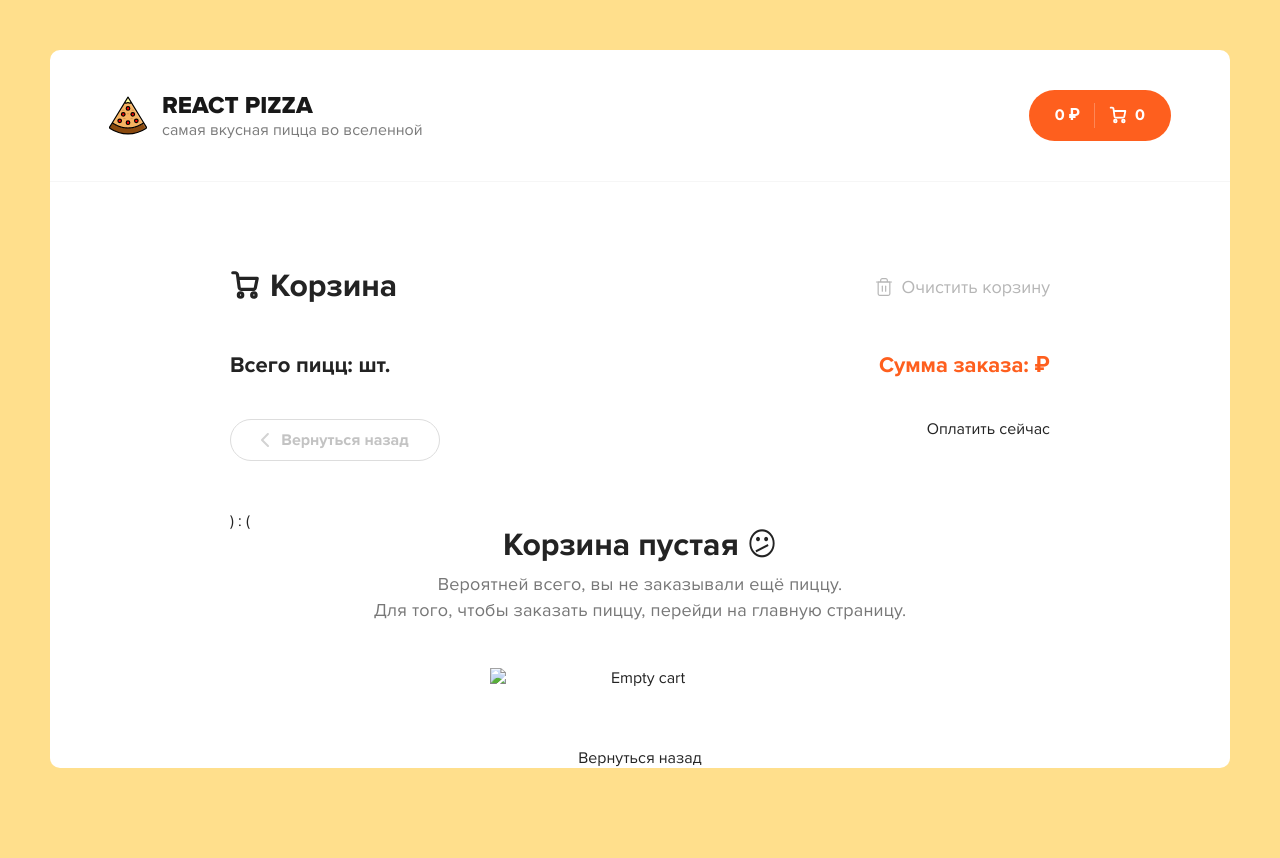
Repository: Danyil-man/online-pizzeria
Page: /cart
An editor plug-in stored every save of this project. The page is shown before and after the next save, followed by the edit.
The browser window is 1280 px wide. The pictures show the whole page.
The project was rebuilt for these pictures with package versions that can differ from the ones it lists, and the page was loaded fresh each time. Also part of the build but not shown: src/components/categories/Categories.tsx, src/components/pizzaItem/index.tsx, src/components/pizzaItem/PizzaLoader.tsx, src/components/sortPopUp/Sort.tsx, src/pages/home/Home.tsx.

Above is the page before, as saved 2022-02-11 11:42:51.

After the next save:
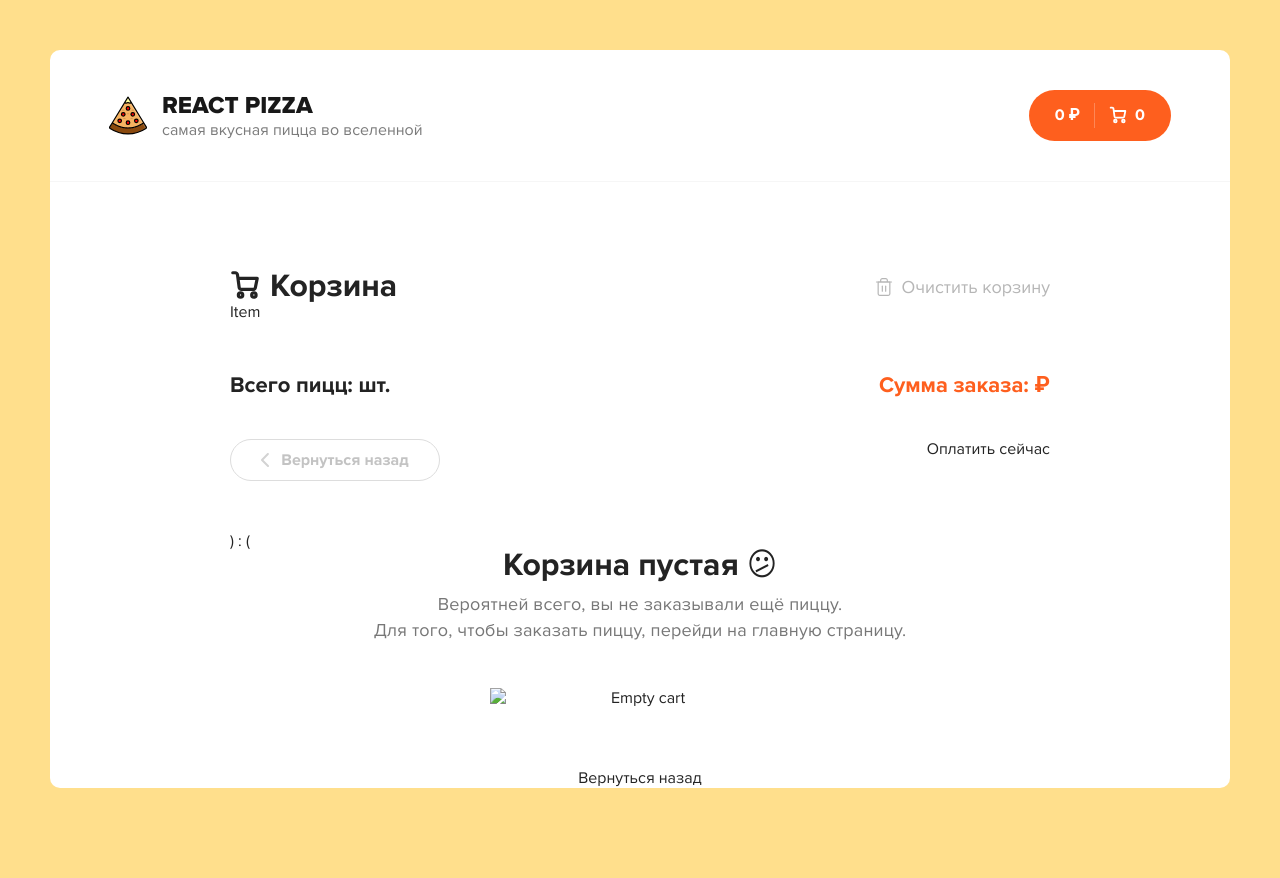
Saved 7 s later.
--- a/src/pages/cart/Cart.tsx
+++ b/src/pages/cart/Cart.tsx
@@ -1,4 +1,5 @@
 import React from "react";
+import CartItem from "./cartItem/CartItem";
 
 const Cart = () => {
     return (
@@ -78,7 +79,7 @@ const Cart = () => {
                     </div>
                 </div>
                 <div className="content__items">
-
+                    <CartItem />
                 </div>
                 <div className="cart__bottom">
                     <div className="cart__bottom-details">
